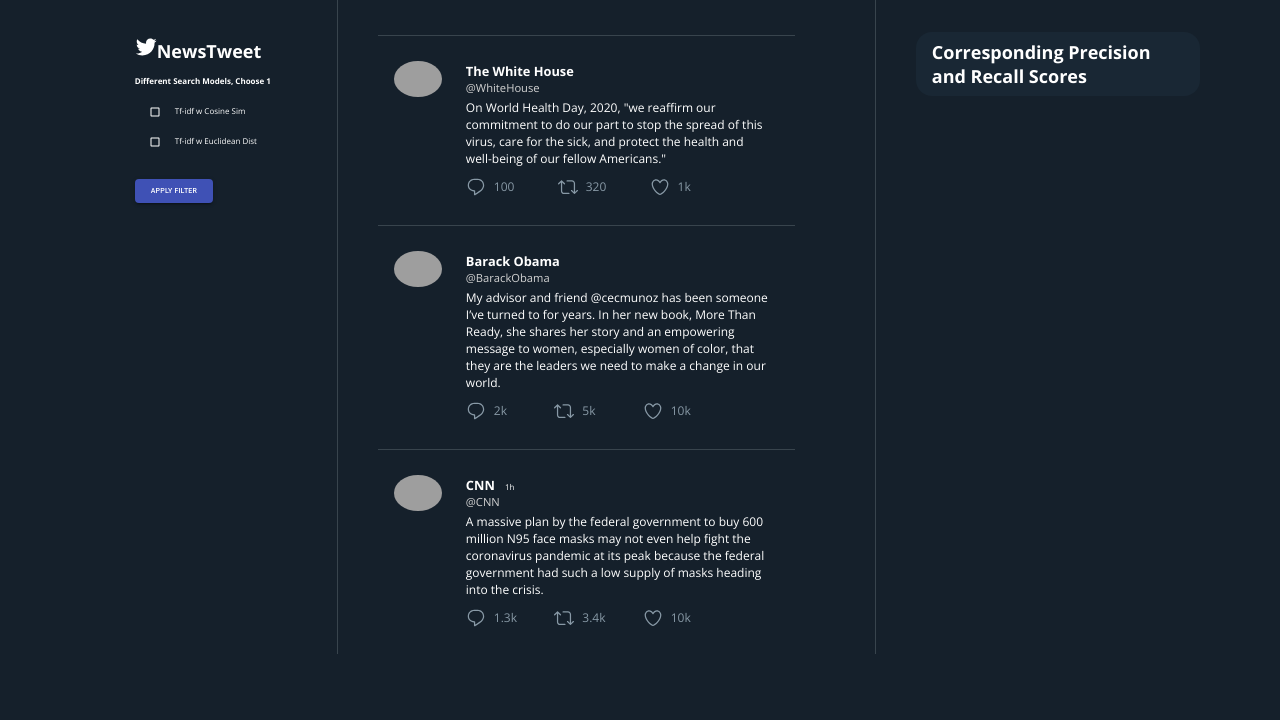
Repository: Dustyik/TwitterAIproj
Page: / (app in FrontEnd/)
The author's editor kept a copy of each file at every save. The page is drawn from the files as they stood at one save, then again after the next save.
The browser window is 1280 px wide. The pictures show the whole page.
Pictures or frames that could not be fetched are drawn as grey boxes. The page's requests for data from a server got no answer. The project was rebuilt for these pictures with package versions that can differ from the ones it lists, and the page was loaded fresh each time. No one was signed in, and anything a server would have sent is missing. Also part of the build but not shown: FrontEnd/src/components/trending/Trend.js, FrontEnd/src/components/trending/TrendsList.js, FrontEnd/src/components/trending/FollowSuggestionCard.js, FrontEnd/src/styles/FollowList.css, FrontEnd/src/components/trending/FollowSuggestionsList.js, FrontEnd/src/components/StatusCard.js, FrontEnd/src/pages/Status.js, FrontEnd/src/components/profile/ProfileHead.js and 3 more.

Above is the page before, as saved 2021-08-03 00:23:07.

After the next save:
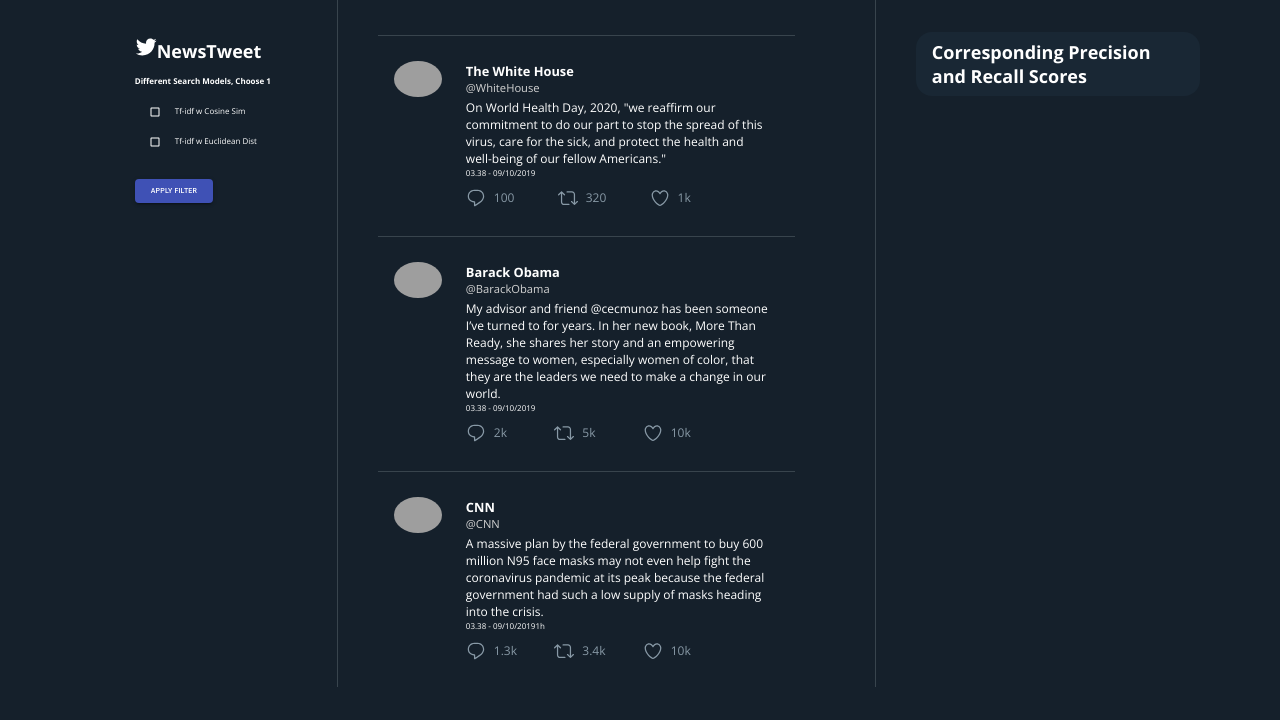
Saved 53 s later.
--- a/FrontEnd/src/components/TweetCard.js
+++ b/FrontEnd/src/components/TweetCard.js
@@ -22,7 +22,6 @@
                 <div className="right">
                     <div className="tweet-card-head">
                         <span className="tweet-card-name" >{this.tweet.user.name}</span>
-                        <span className="tweet-card-time"> {this.tweet.tweet.time}</span>
                     </div>
                     <span className="tweet-card-handle">{this.tweet.user.handle}</span>
 
@@ -32,13 +31,18 @@
                         <p className="m-0">{this.tweet.tweet.content}</p>
                     </div>
 
+                    <span className="tweet-card-time">
+                    03.38 - 09/10/2019{this.tweet.tweet.time}
+                    </span>
+
+
 
                     <div className="tweet-card-footer">
                         <span className="flex-align-center"><TweetCommentIcon /> <span className="tweet-cars-icon">{this.tweet.tweet.comments}</span></span>
                         <span className="flex-align-center"><TweetRetweetIcon /><span className="tweet-cars-icon">{this.tweet.tweet.retweets}</span></span>
                         <span className="flex-align-center"><TweetLikeIcon /><span className="tweet-cars-icon">{this.tweet.tweet.likes}</span></span>
                         { /*<span className="flex-align-center"><TweetSendIcon /></span> */}
-                    </div>
+                        </div>
                     </div>
                 </div>
             </div>
